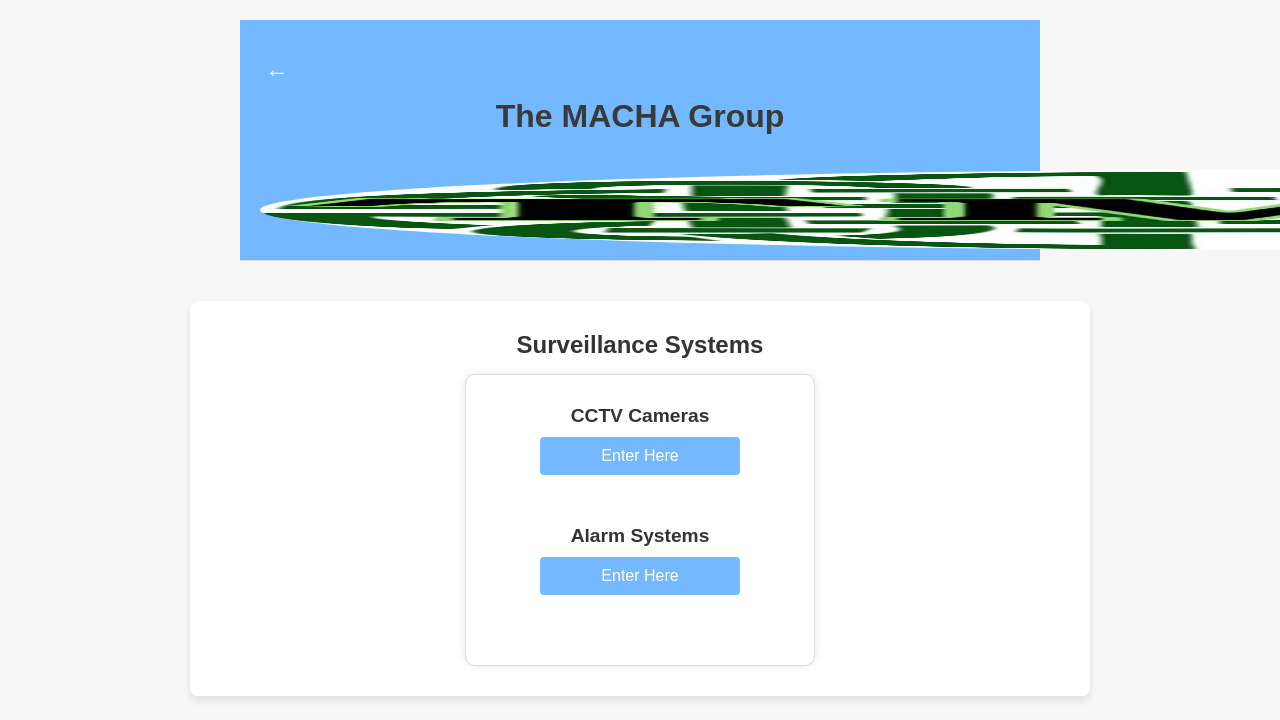
Repository: MachaGroup/MachaGroupIntegration
Page: /Surveillance
These files come from the project's save history. The page is drawn as it stood at one moment and after the next save; the edit follows.
The browser window is 1280 px wide. The pictures show the whole page.
The project was rebuilt for these pictures with package versions that can differ from the ones it lists, and the page was loaded fresh each time. Also part of the build but not shown: src/Screens/Login.js, src/Screens/FormInputPage.js, src/Screens/MainScreen.js, src/Screens/AboutUs.js, src/Screens/FAQ.js, src/firebaseConfig.js, src/Screens/ContactUs.js, src/Screens/Settings.js and 301 more.

Above is the page before, as saved 2024-12-02 16:39:58.

### public/index.html
<!DOCTYPE html>
<html lang="en">
  <head>
    <meta charset="utf-8" />
    <link rel="icon" href="%PUBLIC_URL%/MachaLogo.png" />
    <meta name="viewport" content="width=device-width, initial-scale=1" />
    <meta name="theme-color" content="#000000" />
    <meta
      name="description"
      content="Web site created using create-react-app"
    />
    <link rel="apple-touch-icon" href="%PUBLIC_URL%/logo192.png" />
    <!--
      manifest.json provides metadata used when your web app is installed on a
      user's mobile device or desktop. See https://developers.google.com/web/fundamentals/web-app-manifest/
    -->
    <link rel="manifest" href="%PUBLIC_URL%/manifest.json" />
    <!--
      Notice the use of %PUBLIC_URL% in the tags above.
      It will be replaced with the URL of the `public` folder during the build.
      Only files inside the `public` folder can be referenced from the HTML.

      Unlike "/favicon.ico" or "favicon.ico", "%PUBLIC_URL%/favicon.ico" will
      work correctly both with client-side routing and a non-root public URL.
      Learn how to configure a non-root public URL by running `npm run build`.
    -->
    <title>Macha Group Web App</title>
  </head>
  <body>
    <noscript>You need to enable JavaScript to run this app.</noscript>
    <div id="root"></div>
    <!--
      This HTML file is a template.
      If you open it directly in the browser, you will see an empty page.

      You can add webfonts, meta tags, or analytics to this file.
      The build step will place the bundled scripts into the <body> tag.

      To begin the development, run `npm start` or `yarn start`.
      To create a production bundle, use `npm run build` or `yarn build`.
    -->
  </body>
</html>

### src/Screens/Login.css
/* Main container styling */
h1 {
  padding-bottom: 15px;
}

.logo{
  width: 300px;  /* Adjust size as needed */
  margin-bottom: 15px;  /* Spacing below the logo */
}
.login-container {
  display: flex;
  flex-direction: column;
  align-items: center;
  justify-content: center;
  height: 100vh;
  background-color: #f7f7f7;
  padding: 20px;
}
.password-container {
  position: relative;
  display: flex;
  align-items: center;
}

.password-container input {
  width: 100%;
  padding-right: 30px; /* Space for the eye icon */
}

.password-toggle {
  position: absolute;
  right: 10px;
  cursor: pointer;
  font-size: 1.2em;
  display: flex;
  align-items: center; /* Ensures icon centers vertically */
  height: 100%; /* Matches the height of the input for better alignment */
}


/* Form container */
form {
  display: flex;
  flex-direction: column;
  width: 350px; /* Increased width */
  background-color: #fff;
  padding: 30px; /* Increased padding */
  border: 1px solid #ddd;
  border-radius: 10px;
  box-shadow: 0 0 10px rgba(0, 0, 0, 0.1);
}

/* Form group */
.form-group {
  margin-bottom: 15px;
}

.form-group label {
  display: block;
  margin-bottom: 5px;
  color: #333;
}

.form-group input {
  width: 100%;
  padding: 10px;
  border: 1px solid #ccc;
  border-radius: 5px;
}

/* Button styling */
button {
  width: 100%;
  padding: 10px;
  background-color: #74b9ff;
  color: white;
  border: none;
  border-radius: 5px;
  cursor: pointer;
  font-size: 1em;
  margin-bottom: 10px; /* Spacing between buttons */
}

button:hover {
  background-color: #1b578c;
}

/* "or" text styling */
.or-text {
  text-align: center;
  color: #555;
  margin: 10px 0; /* Spacing between buttons */
  font-weight: bold;
}

/* Link and paragraph styling */
p {
  margin-top: 15px;
  color: #555;
  text-align: center;
}

a {
  color: #74b9ff;
  text-decoration: none;
}

a:hover {
  text-decoration: underline;
}

### src/Screens/FormInputPage.css
/* General Layout */
.form-page {
  display: flex;
  flex-direction: column;
  align-items: center;
  justify-content: flex-start;
  background-color: #f0f0f0;
  min-height: 100vh;
  padding: 20px;
  box-sizing: border-box;
}

/* Header Styling */
.header {
  display: flex;
  flex-direction: column;
  align-items: center;
  margin-bottom: 10px;
}

h1 {
  font-size: 2em;
  color: #333;
}

.logo {
  width: 50px;
  height: 50px;
  margin-top: 10px;
}

/* Back Button Styling */
.back-button-container {
  align-self: flex-start;
  margin-bottom: 20px;
}

.back-button {
  background: none;
  border: none;
  font-size: 2em;
  cursor: pointer;
  color: #333;
}

/* Form Container Styling */
.form-container {
  background-color: white;
  padding: 30px;
  border-radius: 8px;
  box-shadow: 0 4px 8px rgba(0, 0, 0, 0.1);
  width: 70%; /* Expanded to fit more screen width */
  max-width: 900px; /* Cap the width on large screens */
  box-sizing: border-box;
}

/* Form Sections */
.form-section {
  display: flex;
  flex-direction: column; /* Stack label above button */
  align-items: center; /* Center both the label and button */
  margin-bottom: 15px;
  width: 100%; /* Make sure the button takes the full container width */
}

.form-section label {
  font-size: 1em;
  color: #333;
  margin-bottom: 10px; /* Add space between the label and button */
  text-align: center; /* Center the label */
  width: 100%; /* Make the label take the full width */
}

/* Form Button Styling - Same as Save/Submit Buttons */
.form-button {
  width: 100%; /* Full width to match Save/Submit buttons */
  padding: 15px;
  background-color: #74b9ff; /* Matches Save/Submit buttons */
  color: white;
  border: none;
  border-radius: 4px;
  cursor: pointer;
  font-size: 1em;
  transition: background-color 0.3s ease;
}

.form-button:hover {
  background-color: #0984e3; /* Hover color */
}

/* Save Button Styling */
.save-button {
  width: 100%;
  padding: 15px;
  background-color: #74b9ff;
  color: white;
  border: none;
  border-radius: 4px;
  cursor: pointer;
  font-size: 1em;
  margin-top: 15px;
}

.save-button:hover {
  background-color: #0984e3;
}

/* Submit Button Styling */
.submit-button {
  width: 100%;
  padding: 15px;
  background-color: #74b9ff;
  color: white;
  border: none;
  border-radius: 4px;
  cursor: pointer;
  font-size: 1em;
  margin-top: 15px;
}

.submit-button:hover {
  background-color: #0984e3;
}

### src/Screens/MainScreen.css
/* Main container styling */
.main-container {
  display: flex;
  flex-direction: column;
  align-items: center;
  justify-content: flex-start; /* Adjusted to align content at the top */
  min-height: 100vh; /* Ensure full viewport height */
  background-color: #f7f7f7;
  padding: 0;
  width: 100vw; /* Full viewport width */
  box-sizing: border-box;
}

/* Header Styling */
.header {
  display: flex;
  justify-content: space-between; /* Align title to the left, logo to the right */
  align-items: center;
  width: 100%;
  padding: 20px;
  background-color: #b0d3e6; /* Light blue header background */
  box-sizing: border-box;
}

.header h1 {
  margin: 0;
  font-size: 2em;
  color: #3a3a3a;
}

/* Welcome message styling */
.welcome-message {
  margin: 20px 0;
  font-size: 1.5em;
  color: #555;
  text-align: center; /* Center the text */
}

/* Buttons styling */
.buttons-container {
  display: flex;
  flex-direction: column;
  gap: 15px;
}

.buttons-container button {
  width: 300px;
  padding: 15px;
  font-size: 1.2em;
  background-color: white;
  border: 2px solid #dcdcdc;
  border-radius: 10px;
  cursor: pointer;
  color: #3a3a3a;
  transition: background-color 0.3s, color 0.3s;
}

.buttons-container button:hover {
  background-color: #b0d3e6;
  color: #3a3a3a;
}

/* Footer styling */
footer {
  margin-top: 20px;
}

footer a {
  color: #777;
  text-decoration: none;
}
/* Main container styling */
.main-container {
  display: flex;
  flex-direction: column;
  align-items: center;
  justify-content: flex-start; /* Align content at the top */
  min-height: 100vh; /* Full viewport height */
  background-color: #f7f7f7;
  padding: 0;
  width: 100vw; /* Full viewport width */
  box-sizing: border-box;
}

/* Welcome message styling */
.welcome-message {
  margin: 20px 0;
  font-size: 1.5em;
  color: #555;
  text-align: center; /* Center the text */
}

/* Buttons styling */
.buttons-container {
  display: flex;
  flex-direction: column;
  gap: 15px; /* Space between buttons */
}

.buttons-container button {
  width: 300px;
  padding: 15px;
  font-size: 1.2em;
  background-color: white;
  border: 2px solid #dcdcdc;
  border-radius: 10px;
  cursor: pointer;
  color: #3a3a3a;
  transition: background-color 0.3s, color 0.3s;
}

.buttons-container button:hover {
  background-color: #b0d3e6;
  color: #3a3a3a;
}

/* Footer styling */
footer {
  margin-top: 20px;
}

footer a {
  color: #777;
  text-decoration: none;
}

### src/Screens/AboutUs.css
/* General Page Styling */
.about-page {
    background-color: white; /* Set the background color to white */
    min-height: 100vh;
    padding: 20px;
    box-sizing: border-box;
  }

  /* Header Styling */
  .header {
    display: flex;
    justify-content: space-between; /* Align title to the left, logo to the right */
    align-items: center;
    width: 100%;
    padding: 20px;
    background-color: #b0d3e6;
    border-bottom: 1px solid #ddd;
  }

  .title {
    font-size: 2em;
    color: #333;
    margin: 0;
  }

  .logo {
    width: 100px;
    height: 100px;
    border-radius: 50%;
  }


  /* About Container Styling */
  .about-container {
    background-color: white;
    padding: 20px;
    border-radius: 10px;
    box-shadow: 0px 4px 10px rgba(0, 0, 0, 0.1);
    width: 100%;
    max-width: 800px;
    margin: 20px auto; /* Center the about section */
  }

  .back-button {
    margin-top: 20px; /* Add space between header and back button */
    background: none;
    border: none;
    font-size: 2em;
    cursor: pointer;
    color: #333;
    padding: 5px 10px;
    text-align: left; /* Align button to the left */
    padding-left: 20px; /* Add padding to the left */
  }

  h2 {
    text-align: center;
    margin-bottom: 20px;
    color: #333;
  }

  .about-content h3 {
    margin-top: 15px;
    color: #333;
  }

  ul {
    list-style-type: none;
    padding-left: 0;
  }

  ul li {
    margin: 5px 0;
  }

  p {
    margin: 10px 0;
    color: #333;
    line-height: 1.6;
  }

  strong {
    font-weight: bold;
  }

### src/Screens/Settings.css
/* General Page Styling */
.settings-page {
    background-color: white;
    min-height: 100vh;
    display: flex;
    flex-direction: column;
    align-items: center;
    padding: 20px;
    box-sizing: border-box;
  }

  /* Header Styling */
  .header {
    display: flex;
    justify-content: space-between;
    align-items: center;
    width: 100%;
    padding: 10px;
    background-color: #b0d3e6;
    box-sizing: border-box;
  }

  .back-button {
    background: none;
    border: none;
    font-size: 1.5em;
    cursor: pointer;
    color: #333;
  }

  .title {
    font-size: 1.8em;
    color: #333;
    margin: 0;
  }

  /* Settings Container */
  .settings-container {
    width: 100%;
    max-width: 600px; /* Adjust to control the container width */
    display: flex;
    flex-direction: column;
    align-items: center;
    justify-content: flex-start; /* Align items to the top */
    margin-top: 20px;
  }

  /* Profile Picture Container */
  .profile-pic-container {
    display: flex;
    flex-direction: column;
    align-items: center;
    margin-bottom: 20px;
  }

  /* Profile Picture */
  .profile-pic {
    width: 100px;
    height: 100px;
    border-radius: 50%;
    border: 2px solid #ccc;
    object-fit: cover;
  }

  /* File Input Below the Image */
  .file-input {
    margin-top: 10px;
  }

  /* Settings Buttons */
  .settings-options {
    width: 100%; /* Full width */
    display: flex;
    flex-direction: column;
    gap: 15px; /* Add space between buttons */
  }

  .settings-button {
    padding: 10px;
    background-color: #74b9ff;
    border: 1px solid #ccc;
    border-radius: 5px;
    cursor: pointer;
    font-size: 1.2em;
    transition: background-color 0.3s;
  }

  .settings-button:hover {
    background-color: #1b578c;
  }

  /* Log out Link */
  .logout-link {
    margin-top: 30px;
    color: #007bff;
    text-decoration: none;
    font-size: 1.2em;
  }

  .logout-link:hover {
    text-decoration: underline;
  }

### src/Screens/Pricing.css
/* General Reset */
* {
    margin: 0;
    padding: 0;
    box-sizing: border-box;
  }

  /* Container */
  .pricing-container {
    width: 100%;
    text-align: center;
    padding: 20px;
  }

  /* Header */
  .header {
    display: flex;
    justify-content: space-between;
    align-items: center;
    padding: 15px;
    background-color: #b0d3e6;
  }

  .title {
    font-size: 2em;
    color: #333;
  }

  .logo {
    width: 100px;
    height: 100px;
  }

  .back-button {
    background: none;
    border: none;
    font-size: 1.8em;
    cursor: pointer;
    color: #333;
  }

  /* Pricing Plans */
  .pricing-plans {
    display: flex;
    justify-content: space-between;
    margin: 20px 0;
    flex-wrap: wrap;
  }

  .pricing-card {
    background-color: #f0f4f8;
    padding: 20px;
    width: 30%;
    border-radius: 10px;
    box-shadow: 0px 4px 8px rgba(0, 0, 0, 0.1);
    text-align: center;
  }

  .pricing-card h2 {
    font-size: 1.5em;
    margin-bottom: 10px;
  }

  .pricing-card h3 {
    font-size: 2em;
    margin-bottom: 10px;
  }

  .pricing-card ul {
    list-style: none;
    margin-bottom: 10px;
  }

  .pricing-card ul li {
    font-size: 1em;
    margin-bottom: 5px;
  }

  .get-started {
    background-color: #4CAF50;
    color: white;
    padding: 10px 15px;
    border: none;
    border-radius: 5px;
    cursor: pointer;
    transition: background-color 0.3s;
  }

  .get-started:hover {
    background-color: #45a049;
  }

  /* Comparison Table */
  .comparison-table {
    margin: 20px 0;
    overflow-x: auto; /* Add horizontal scrolling on small screens */
  }

  table {
    width: 100%;
    border-collapse: collapse;
    table-layout: fixed; /* Ensure table columns have equal width */
  }

  th, td {
    padding: 15px;
    border: 1px solid #ddd;
    text-align: center;
    white-space: nowrap; /* Prevent text from wrapping in table cells */
  }

  th {
    background-color: #f0f4f8;
    font-weight: bold;
  }

  td {
    background-color: #ffffff;
  }

  table th, table td {
    min-width: 120px; /* Set a minimum width for each column */
  }

  @media (max-width: 768px) {
    .pricing-plans {
      flex-direction: column; /* Stack plans vertically on small screens */
    }

    .pricing-card {
      width: 100%; /* Make pricing cards take full width on mobile */
      margin-bottom: 20px;
    }
  }

### src/Screens/PhysicalSecurity.css
/* General Page Styling */
.form-page {
    background-color: white;
    min-height: 100vh;
    display: flex;
    flex-direction: column;
    align-items: center;
    padding: 20px;
    box-sizing: border-box;
  }

  /* Header Styling */
  .header {
    display: flex;
    justify-content: space-between;
    align-items: center;
    width: 100%;
    padding: 10px;
    background-color: #b0d3e6;
    box-sizing: border-box;
  }

  .back-button {
    background: none;
    border: none;
    font-size: 1.5em;
    cursor: pointer;
    color: #333;
  }

  .title {
    font-size: 1.8em;
    color: #333;
    margin: 0;
  }

  /* Form Container Styling */
  .form-container {
    width: 100%;
    max-width: 600px;
    display: flex;
    flex-direction: column;
    align-items: center;
    margin-top: 20px;
  }

  /* Form Section Styling */
  .form-section {
    width: 100%;
    margin-bottom: 20px;
    display: flex;
    flex-direction: column;
    align-items: center;
  }

  .form-section label {
    font-size: 1.2em;
    margin-bottom: 10px;
    color: #333;
  }

  /* Button Styling */
  .form-button {
    width: 200px;
    padding: 10px;
    background-color: #4CAF50; /* Green background */
    color: white; /* White text */
    border: none;
    border-radius: 5px;
    cursor: pointer;
    font-size: 1em;
    transition: background-color 0.3s, transform 0.2s;
  }

  .form-button:hover {
    background-color: #45a049; /* Darker green on hover */
    transform: scale(1.05); /* Slightly enlarge on hover */
  }

### src/Screens/AccessControl.css
/* General Page Styling */
.form-page {
    background-color: white;
    min-height: 100vh;
    display: flex;
    flex-direction: column;
    align-items: center;
    padding: 20px;
    box-sizing: border-box;
  }

  /* Header Styling */
  .header {
    display: flex;
    justify-content: space-between;
    align-items: center;
    width: 100%;
    padding: 10px;
    background-color: #b0d3e6;
    box-sizing: border-box;
  }

  .back-button {
    background: none;
    border: none;
    font-size: 1.5em;
    cursor: pointer;
    color: #333;
  }

  .title {
    font-size: 1.8em;
    color: #333;
    margin: 0;
  }

  /* Form Container Styling */
  .form-container {
    width: 100%;
    max-width: 600px;
    display: flex;
    flex-direction: column;
    align-items: center;
    margin-top: 20px;
  }

  /* Form Section Styling */
  .form-section {
    width: 100%;
    margin-bottom: 20px;
    display: flex;
    flex-direction: column;
    align-items: center;
  }

  .form-section label {
    font-size: 1.2em;
    margin-bottom: 10px;
    color: #333;
  }

  /* Button Styling */
  .form-button {
    width: 200px;
    padding: 10px;
    background-color: #4CAF50; /* Green background */
    color: white; /* White text */
    border: none;
    border-radius: 5px;
    cursor: pointer;
    font-size: 1em;
    transition: background-color 0.3s, transform 0.2s;
  }

  .form-button:hover {
    background-color: #45a049; /* Darker green on hover */
    transform: scale(1.05); /* Slightly enlarge on hover */
  }

### src/Screens/CreateanAccount.css
/* Main container for the form */
.create-account-container {
  display: flex;
  flex-direction: column;
  align-items: center;
  padding: 20px;
  font-family: Arial, sans-serif;
}

/* Back button styling */
.back-button {
  align-self: flex-start;
  font-size: 24px;
  background: none;
  border: none;
  cursor: pointer;
  color: #333;
  margin-bottom: 10px;
}

/* Title styling */
.create-account-title {
  font-size: 32px;
  font-weight: bold;
  color: #4A79E8;
  margin-bottom: 20px;
}

/* Form styling */
.account-form {
  width: 100%;
  max-width: 500px;
  display: flex;
  flex-direction: column;
  align-items: center;
  border: 1px solid #ddd;
  padding: 20px;
  border-radius: 8px;
  background-color: #f9f9f9;
  box-shadow: 0px 4px 8px rgba(0, 0, 0, 0.1);
}

/* Grouping each input field with label */
.form-group {
  width: 100%;
  margin-bottom: 20px;
}

label {
  font-weight: bold;
  margin-bottom: 5px;
  display: block;
  color: #333;
}

input {
  width: 100%;
  padding: 10px;
  font-size: 16px;
  border: 1px solid #ddd;
  border-radius: 5px;
  box-sizing: border-box;
}

/* Styling for the address section */
.address-section {
  width: 100%;
  margin-top: 20px;
}

.address-section h3 {
  font-weight: bold;
  margin-bottom: 10px;
  color: #4A79E8;
}

/* Grid styling for the address input fields */
.address-inputs {
  display: grid;
  grid-template-columns: 1fr 1fr;
  gap: 15px;
  width: 100%;
}

/* Full-width button styling */
.create-account-button {
  width: 100%;
  padding: 10px;
  margin-top: 20px;
  background-color: #4A79E8;
  color: white;
  font-weight: bold;
  font-size: 18px;
  border: none;
  border-radius: 5px;
  cursor: pointer;
  transition: background-color 0.3s ease;
}

.create-account-button:hover {
  background-color: #3a5bb5;
}

/* Link styling */
.skip-link, .cancel-link {
  color: #4A79E8;
  text-decoration: none;
  margin-top: 10px;
  font-size: 14px;
  cursor: pointer;
}

.skip-link:hover, .cancel-link:hover {
  text-decoration: underline;
}

### src/Screens/ForgotPassword.css
/* General Layout */
.form-page {
    display: flex;
    flex-direction: column;
    align-items: center;
    justify-content: flex-start;
    background-color: #f7f7f7;
    min-height: 100vh;
    padding: 20px;
    box-sizing: border-box;
    font-family: Arial, sans-serif;
}

/* Header Styling */
.header {
    display: flex;
    align-items: center;
    justify-content: space-between; /* Space between back button and menu button */
    width: 100%;
    background-color: #74b9ff; /* Blue background color */
    color: white;
    padding: 10px 20px; /* Padding for spacing */
    box-sizing: border-box;
    position: relative; /* Ensure positioning for menu button */
}

h1 {
    font-size: 1.8em;
    color: white;
    margin: 0; /* Remove default margin */
    text-align: center;
    flex-grow: 1; /* Allow title to take space between buttons */
    position: relative;
}

/* Place logo below the title */
.logo {
    width: 2000px;
    height: 80px;
    margin: 20px auto 0; /* Center and add spacing */
    display: block;
}

/* Navbar Styling */
.navbar {
    display: flex;
    align-items: center;
    position: absolute;
    top: 50%; /* Center vertically */
    right: 20px; /* Position in the top-right corner */
    transform: translateY(-50%); /* Center vertically */
}

.menu-button {
    display: flex;
    flex-direction: column;
    justify-content: space-between;
    width: 30px;
    height: 30px; /* Make the button a square */
    background: none;
    border: 1px solid white; /* Add a white border for the square appearance */
    border-radius: 4px; /* Optional for slightly rounded corners */
    cursor: pointer;
    outline: none;
    align-items: center; /* Center the lines horizontally */
    padding: 5px;
    box-sizing: border-box;
}

.menu-button div {
    width: 20px; /* Adjust the width of the lines */
    height: 3px; /* Adjust the thickness of the lines */
    background-color: white; /* White lines for contrast */
    border-radius: 2px;
    transition: transform 0.3s;
}

.menu {
    display: none;
    position: absolute;
    top: 40px; /* Below the button */
    right: 0;
    background-color: #fff;
    border: 1px solid #ddd;
    border-radius: 5px;
    box-shadow: 0 2px 5px rgba(0, 0, 0, 0.15);
    width: 200px;
    z-index: 1000;
}

.menu.open {
    display: block;
}

.menu ul {
    list-style: none;
    padding: 0;
    margin: 0;
}

.menu li {
    padding: 10px 15px;
    border-bottom: 1px solid #ddd;
    cursor: pointer;
}

.menu li:last-child {
    border-bottom: none;
}

.menu li a {
    color: black; /* Black font for dropdown items */
    text-decoration: none;
    display: block;
}

.menu li a:hover {
    background-color: #f4f4f4;
}

/* Back Button Styling */
.back-button-container {
    display: inline-flex; /* Ensures container does not take the full width */
    align-items: center;
    justify-content: center; /* Centers the back button inside */
    width: 5px; /* Prevent the container from taking the full width */
}

.back-button {
    background: none;
    border: none;
    font-size: 1.5em;
    cursor: pointer;
    color: white;
    padding: 5px; /* Ensure only 5px padding around the button */
    border-radius: 5px; /* Optional for rounded edges */
    transition: background-color 0.3s ease; /* Smooth transition for hover */
}

.back-button:hover {
    background-color: rgba(0, 0, 0, 0.1); /* Darkens only the button's area */
    color: #dfe6e9;
}


/* Responsiveness */
@media (max-width: 768px) {
    .header {
        flex-wrap: wrap;
    }

    h1 {
        font-size: 1.2em;
    }

    .logo {
        width: 40px; /* Adjust logo size for smaller screens */
    }
}

Loaded but not shown: src/index.js (common file); src/index.css (common file); src/reportWebVitals.js (common file); src/App.css (common file); src/App.js (746 lines, source omitted); src/Context/BuildingContext.js (76 lines, source omitted); src/Screens/SurveillanceSystems.js (51 lines, source omitted); src/Screens/FormQuestions.css (159 lines, source omitted); src/Screens/SurveillanceSystems.css (181 lines, source omitted); src/Screens/ContactUs.css (136 lines, source omitted); src/Screens/FAQ.css (125 lines, source omitted)

After the next save:
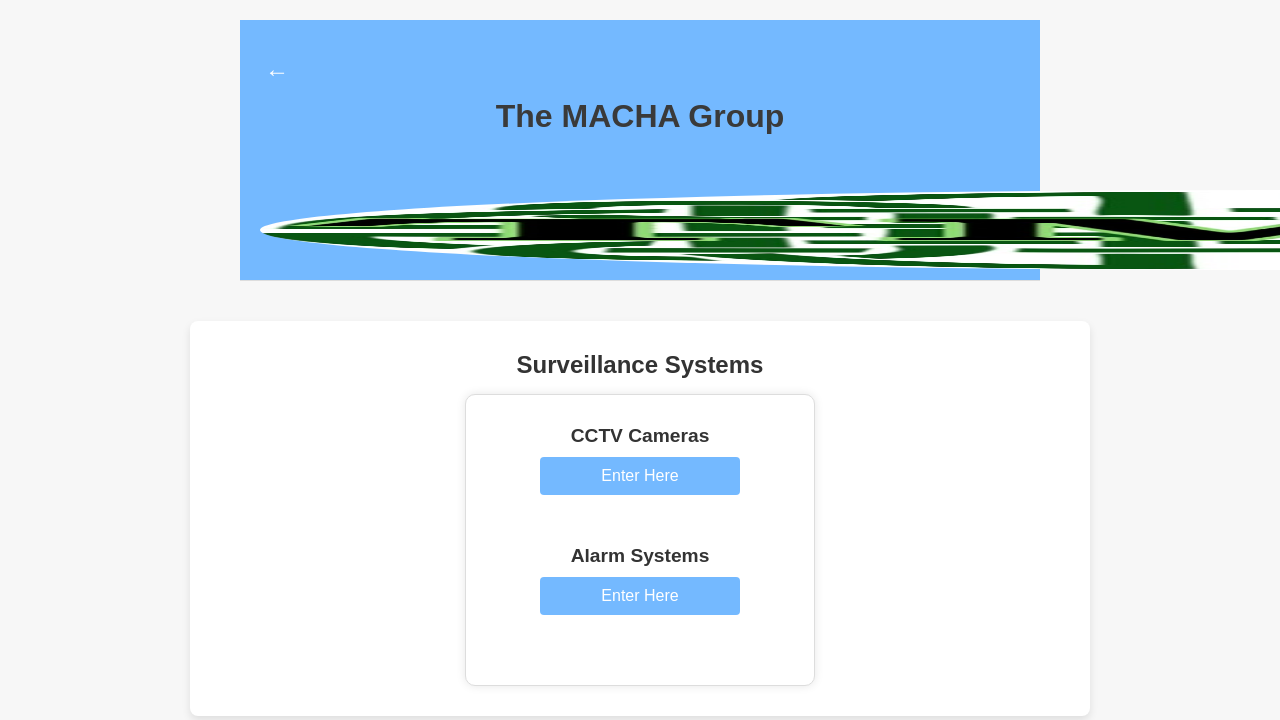
Saved 12 s later.
--- a/src/Screens/ForgotPassword.css
+++ b/src/Screens/ForgotPassword.css
@@ -37,7 +37,7 @@
 .logo {
     width: 2000px;
     height: 80px;
-    margin: 20px auto 0; /* Center and add spacing */
+    margin: 40px auto 0; /* Center and add spacing */
     display: block;
 }
 
